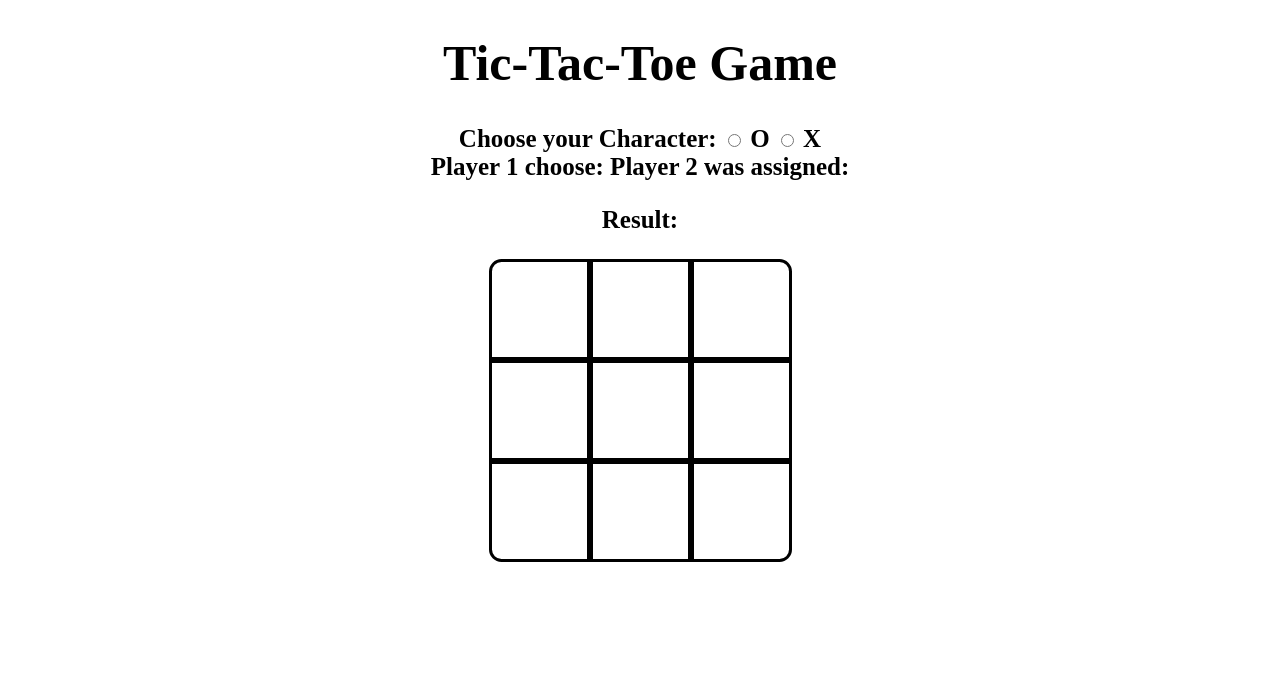
Repository: 0101chaitanya/Tic-Tac-Toe
Page: index.html
These files come from the project's save history. The page is drawn as it stood at one moment and after the next save; the edit follows.
The browser window is 1280 px wide. The pictures show the whole page.

Above is the page before, as saved 2021-06-11 20:33:56.

After the next save:
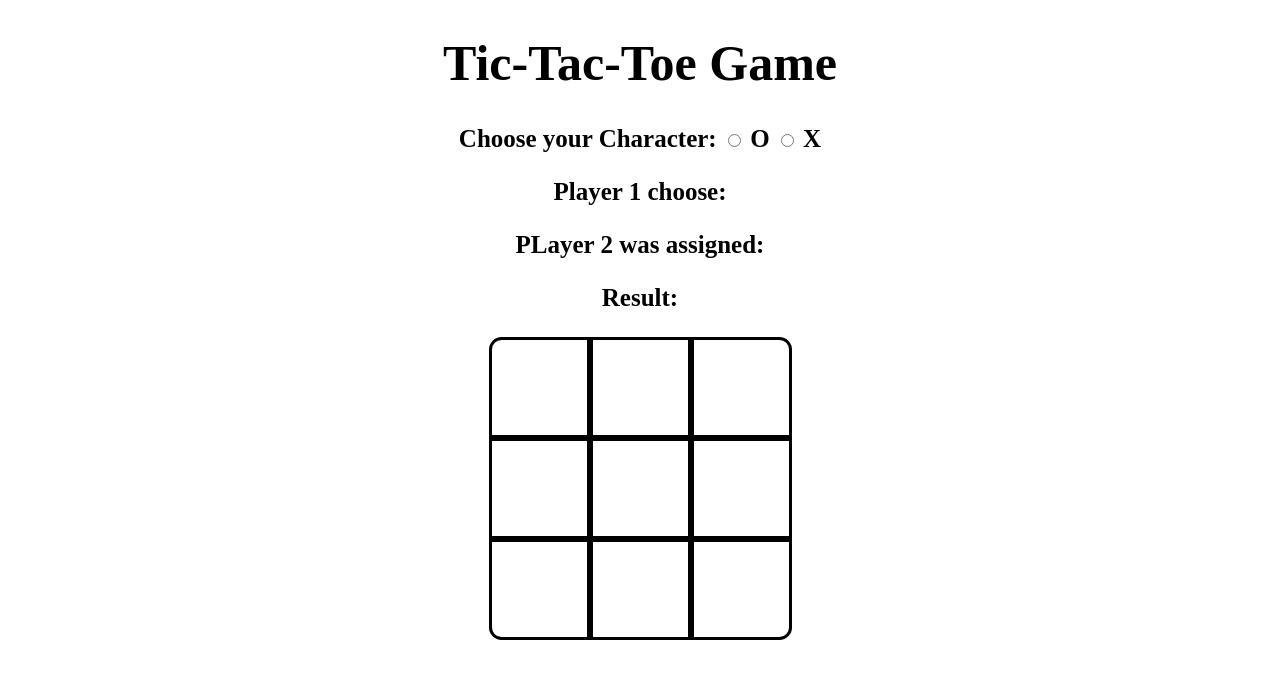
Saved 105 s later.
--- a/index.html
+++ b/index.html
@@ -19,8 +19,8 @@
 
     </form>
     <div id="player">
-        <span>Player 1 choose:</span>
-        <span>Player 2 was assigned:</span>
+        <p>Player 1 choose:</p>
+        <p>PLayer 2 was assigned:</p>
     </div>
     <div id="Output">
         <p>Result:</p>
